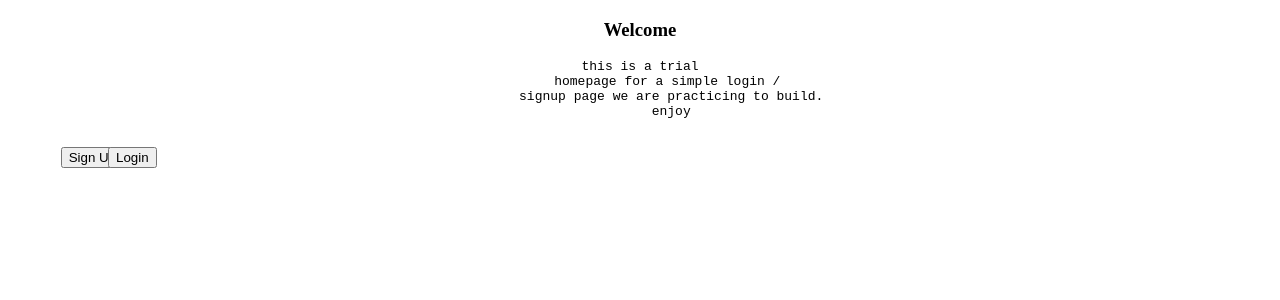
Repository: yhung004/TUTORIAL_PAGE
Page: home.html
These files come from the project's save history. The page is drawn as it stood at one moment and after the next save; the edit follows.
The browser window is 1280 px wide. The pictures show the whole page.

Above is the page before, as saved 2024-04-09 23:54:09.

After the next save:
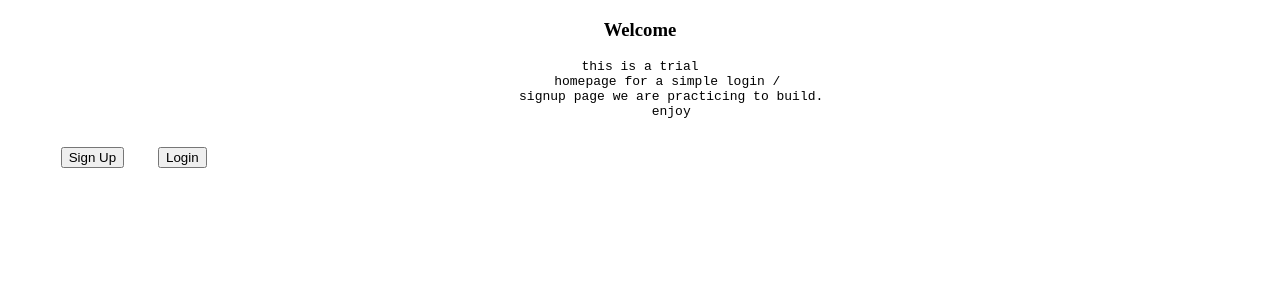
Saved 10 s later.
--- a/main.css
+++ b/main.css
@@ -6,5 +6,5 @@
 }
 .button_a {
     position: relative;
-    margin: 0 -100px 0 100px;
+    margin: 0 -150px 0 150px;
 }
